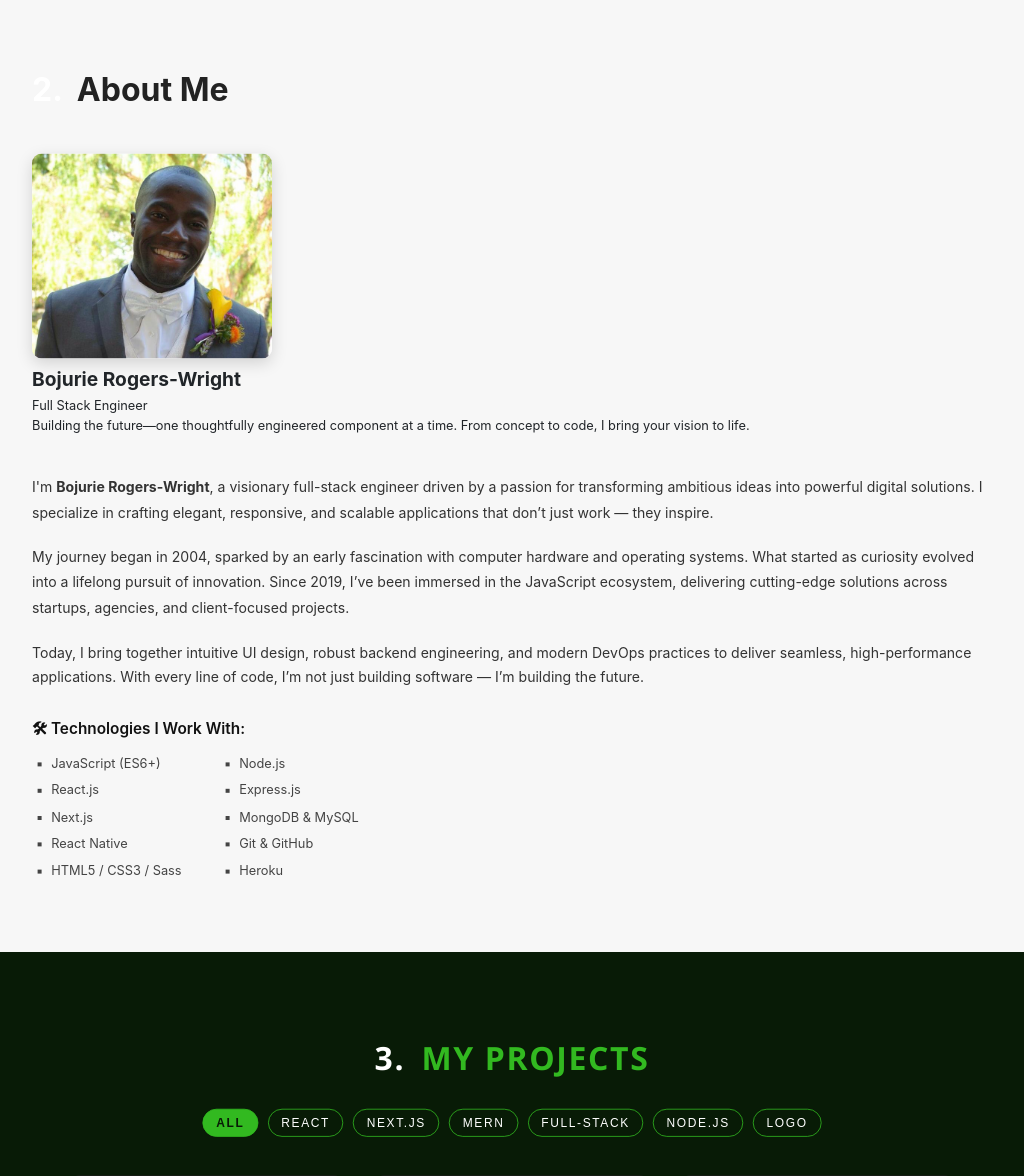
Repository: Bojurie/Portfolio_2022
Page: /
These files come from the project's save history. The page is drawn as it stood at one moment and after the next save; the edit follows.
The browser window is 1280 px wide. The pictures show the part of the page from y = 720 to 2190 px (the page is 4154 px tall before and 4412 px after), at 80% of full size.
Pictures or frames that could not be fetched are drawn as grey boxes. The project was rebuilt for these pictures with package versions that can differ from the ones it lists, and the page was loaded fresh each time. Also part of the build but not shown: src/component/pages/Resume.css, src/component/pages/Resume.js. Imported but missing from the stored project, and not drawn on this page: src/component/Resume.pdf, src/component/images/video.mp4, src/component/videos/Screen Recording 2022-04-01 at 8.22.57 PM.mov, src/component/videos/Screen Recording 2022-04-01 at 8.23.25 PM.mov, src/component/videos/Screen Recording 2022-04-01 at 8.25.20 PM.mov, src/component/videos/Screen Recording 2022-04-01 at 8.27.28 PM.mov, src/component/videos/Screen Recording 2022-04-01 at 8.28.35 PM.mov, src/component/videos/Screen Recording 2022-04-01 at 8.30.37 PM.mov and 3 more.

Above is the page before, as saved 2025-04-22 00:30:47.

After the next save:
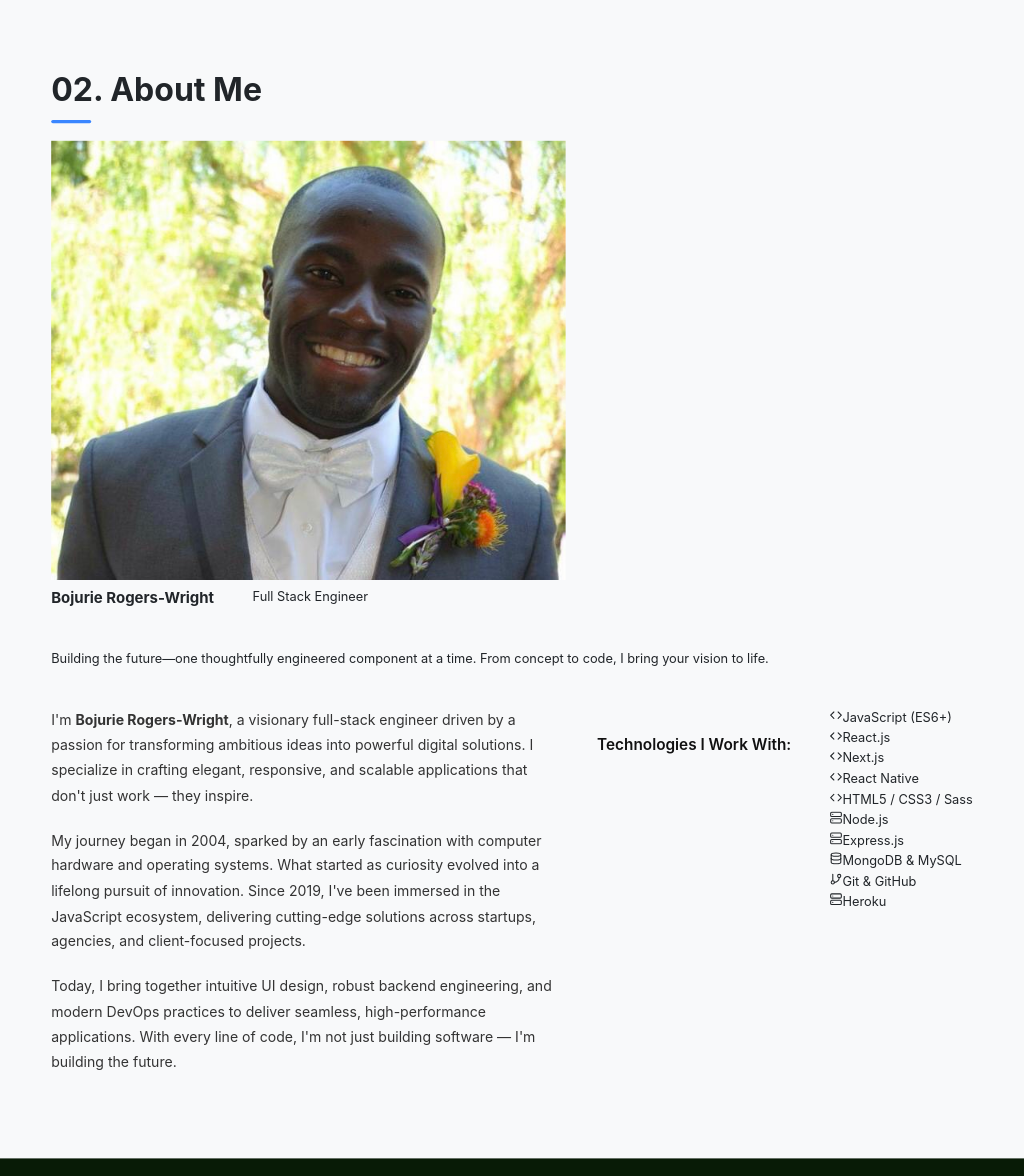
Saved 36 s later.
--- a/src/component/pages/About.js
+++ b/src/component/pages/About.js
@@ -1,72 +1,110 @@
 import React from "react";
+import { motion } from "framer-motion";
+import { FiCode, FiServer, FiDatabase, FiGitBranch } from "react-icons/fi";
 import "./About.css";
 import image from "../images/IMG_0699-2.jpg";
 
 const About = () => {
+  const skills = [
+    { name: "JavaScript (ES6+)", icon: <FiCode /> },
+    { name: "React.js", icon: <FiCode /> },
+    { name: "Next.js", icon: <FiCode /> },
+    { name: "React Native", icon: <FiCode /> },
+    { name: "HTML5 / CSS3 / Sass", icon: <FiCode /> },
+    { name: "Node.js", icon: <FiServer /> },
+    { name: "Express.js", icon: <FiServer /> },
+    { name: "MongoDB & MySQL", icon: <FiDatabase /> },
+    { name: "Git & GitHub", icon: <FiGitBranch /> },
+    { name: "Heroku", icon: <FiServer /> },
+  ];
+
   return (
-    <section className="about-section" id="about">
-      <div className="about-container">
-        <h2 className="about-title">
-          <span className="highlighted">2.</span> About Me
-        </h2>
+    <section className="section about" id="about">
+      <div className="container">
+        <motion.h2
+          className="section-title"
+          initial={{ opacity: 0, y: 20 }}
+          whileInView={{ opacity: 1, y: 0 }}
+          viewport={{ once: true, margin: "-100px" }}
+          transition={{ duration: 0.6 }}
+        >
+          <span className="highlight">02.</span> About Me
+        </motion.h2>
 
-        <div className="about-content">
-          <div>
-            <div className="about-image">
-              <img src={image} alt="Bojurie Rogers-Wright" />
+        <div className="about-grid">
+          <motion.div
+            className="about-image-container"
+            initial={{ opacity: 0, x: -20 }}
+            whileInView={{ opacity: 1, x: 0 }}
+            viewport={{ once: true }}
+            transition={{ duration: 0.6, delay: 0.2 }}
+          >
+            <div className="about-image-wrapper">
+              <img
+                src={image}
+                alt="Bojurie Rogers-Wright"
+                className="about-image"
+              />
+              <div className="about-image-border" />
             </div>
-            <div>
-              <h2>Bojurie Rogers-Wright</h2>
-              <p>Full Stack Engineer</p>
+          </motion.div>
+
+          <motion.div
+            className="about-content"
+            initial={{ opacity: 0, x: 20 }}
+            whileInView={{ opacity: 1, x: 0 }}
+            viewport={{ once: true }}
+            transition={{ duration: 0.6, delay: 0.4 }}
+          >
+            <h3 className="about-name">Bojurie Rogers-Wright</h3>
+            <p className="about-role">Full Stack Engineer</p>
+            <p className="about-bio">
+              Building the future—one thoughtfully engineered component at a
+              time. From concept to code, I bring your vision to life.
+            </p>
+
+            <div className="about-text">
               <p>
-                Building the future—one thoughtfully engineered component at a
-                time. From concept to code, I bring your vision to life.{" "}
+                I'm <strong>Bojurie Rogers-Wright</strong>, a visionary
+                full-stack engineer driven by a passion for transforming
+                ambitious ideas into powerful digital solutions. I specialize in
+                crafting elegant, responsive, and scalable applications that
+                don't just work — they inspire.
+              </p>
+
+              <p>
+                My journey began in 2004, sparked by an early fascination with
+                computer hardware and operating systems. What started as
+                curiosity evolved into a lifelong pursuit of innovation. Since
+                2019, I've been immersed in the JavaScript ecosystem, delivering
+                cutting-edge solutions across startups, agencies, and
+                client-focused projects.
+              </p>
+
+              <p>
+                Today, I bring together intuitive UI design, robust backend
+                engineering, and modern DevOps practices to deliver seamless,
+                high-performance applications. With every line of code, I'm not
+                just building software — I'm building the future.
               </p>
             </div>
-          </div>
-          <div className="about-text">
-            <p>
-              I'm <strong>Bojurie Rogers-Wright</strong>, a visionary full-stack
-              engineer driven by a passion for transforming ambitious ideas into
-              powerful digital solutions. I specialize in crafting elegant,
-              responsive, and scalable applications that don’t just work — they
-              inspire.
-            </p>
 
-            <p>
-              My journey began in 2004, sparked by an early fascination with
-              computer hardware and operating systems. What started as curiosity
-              evolved into a lifelong pursuit of innovation. Since 2019, I’ve
-              been immersed in the JavaScript ecosystem, delivering cutting-edge
-              solutions across startups, agencies, and client-focused projects.
-            </p>
+            <h3 className="skills-heading">Technologies I Work With:</h3>
 
-            <p>
-              Today, I bring together intuitive UI design, robust backend
-              engineering, and modern DevOps practices to deliver seamless,
-              high-performance applications. With every line of code, I’m not
-              just building software — I’m building the future.
-            </p>
-
-            <h3 className="skills-heading">🛠 Technologies I Work With:</h3>
-
-            <div className="about-skills">
-              <ul>
-                <li>JavaScript (ES6+)</li>
-                <li>React.js</li>
-                <li>Next.js</li>
-                <li>React Native</li>
-                <li>HTML5 / CSS3 / Sass</li>
-              </ul>
-              <ul>
-                <li>Node.js</li>
-                <li>Express.js</li>
-                <li>MongoDB & MySQL</li>
-                <li>Git & GitHub</li>
-                <li>Heroku</li>
-              </ul>
+            <div className="skills-grid">
+              {skills.map((skill, index) => (
+                <motion.div
+                  key={index}
+                  className="skill-item"
+                  whileHover={{ y: -3 }}
+                  transition={{ duration: 0.2 }}
+                >
+                  <span className="skill-icon">{skill.icon}</span>
+                  {skill.name}
+                </motion.div>
+              ))}
             </div>
-          </div>
+          </motion.div>
         </div>
       </div>
     </section>
